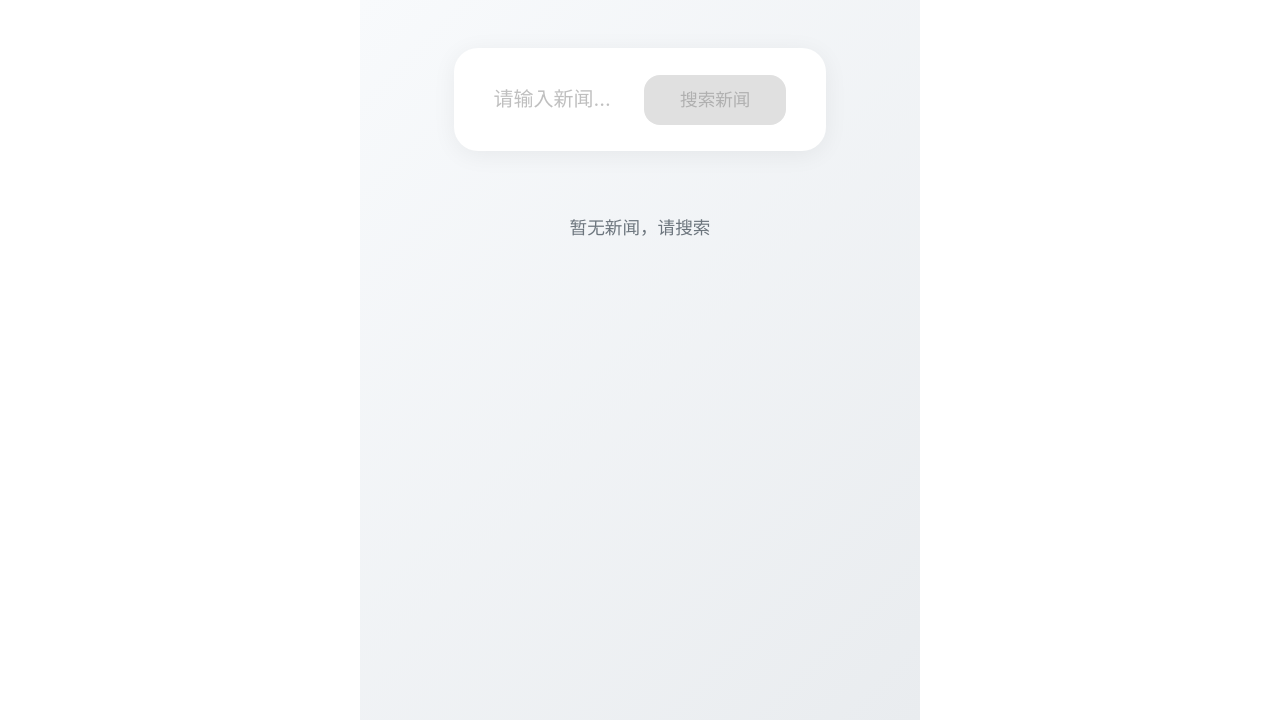
Repository: XJN7197/NewsAssistantBaseMCP
Page: / (app in frontend/)
These files come from the project's save history. The page is drawn as it stood at one moment and after the next save; the edit follows.
The browser window is 1280 px wide. The pictures show the whole page.
The project was rebuilt for these pictures with package versions that can differ from the ones it lists, and the page was loaded fresh each time. Also part of the build but not shown: frontend/vite.config.ts.

Above is the page before, as saved 2025-05-23 10:32:52.

After the next save:
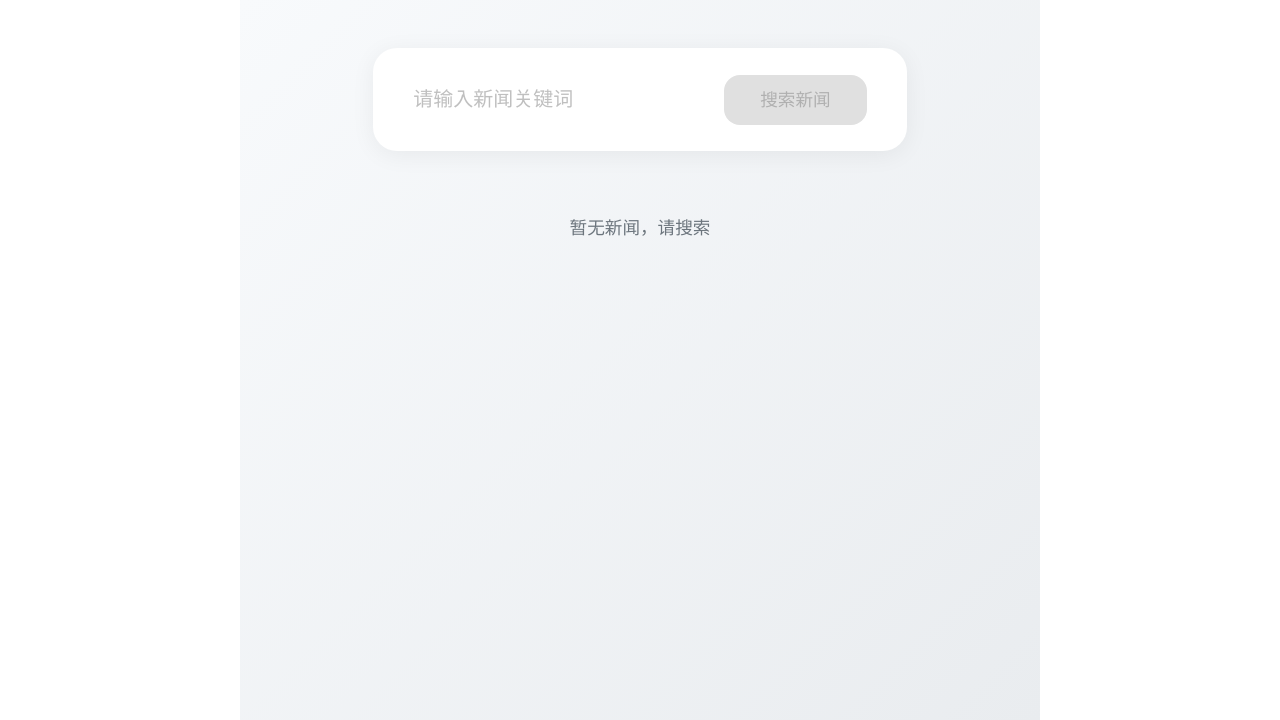
Saved 3 min 54 s later.
--- a/frontend/src/pages/Home.module.css
+++ b/frontend/src/pages/Home.module.css
@@ -1,5 +1,6 @@
 .home-container {
   height: 100vh;
+  width: 800px;
   background: linear-gradient(135deg, #f8fafc 0%, #e9ecef 100%);
   display: flex;
   flex-direction: column;
@@ -10,7 +11,6 @@
 
 .search-bar {
   display: flex;
-  width: 800px;
   position: sticky; top: 0; z-index: 1;
   align-items: center;
   gap: 24px; /* 增加了元素间距 */
